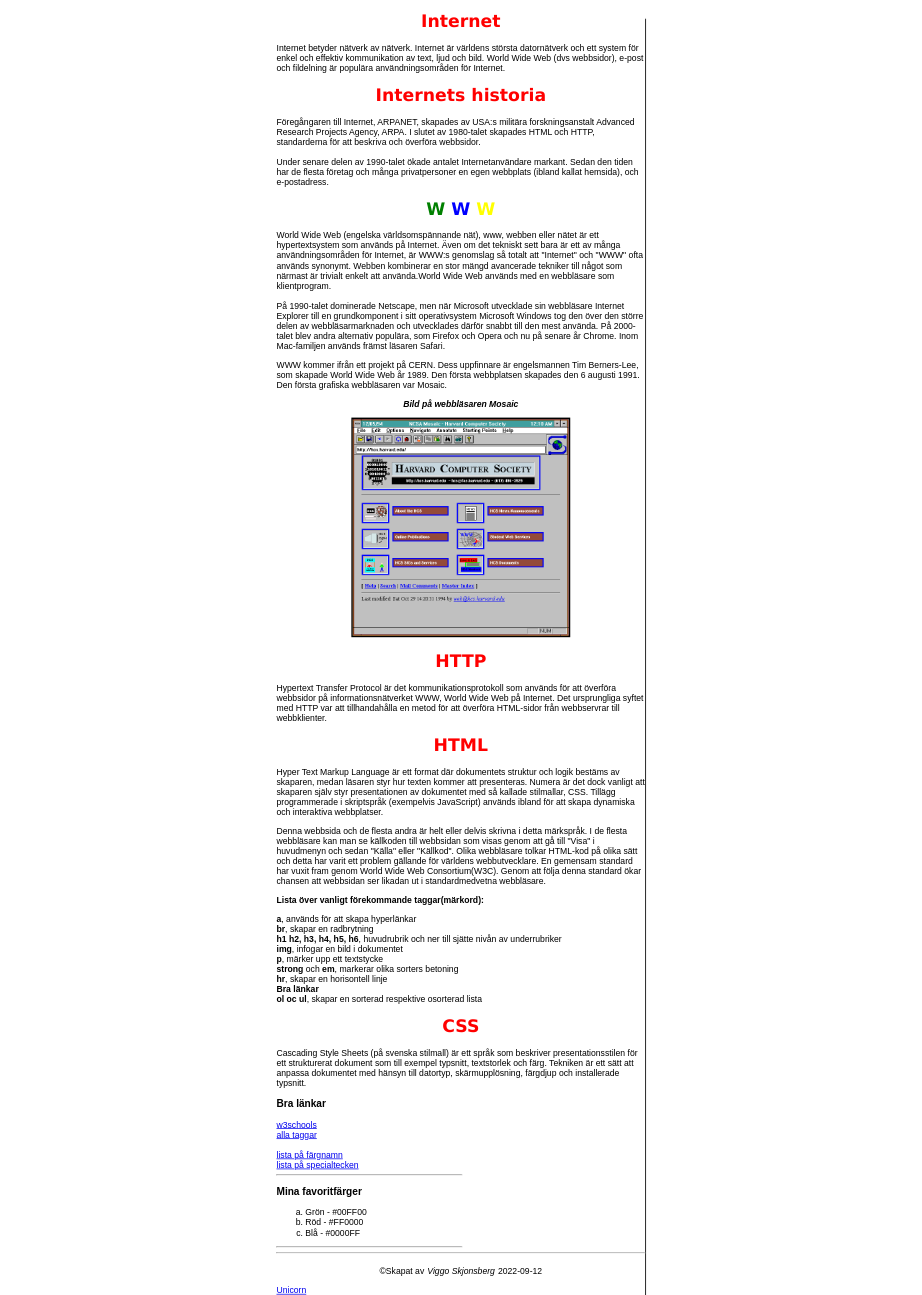
Repository: ViggoSkj/VGY
Page: ovningar/ovning2/ovning2.html
These files come from the project's save history. The page is drawn as it stood at one moment and after the next save; the edit follows.
The browser window is 1280 px wide. The pictures show the whole page, at 72% of full size.

Above is the page before, as saved 2022-11-27 11:33:06.

### ovningar/ovning2/ovning2.html
<!DOCTYPE html>
<html lang="en">
    <head>
        <meta charset="UTF-8">
        <meta http-equiv="X-UA-Compatible" content="IE=edge">
        <meta name="viewport" content="width=device-width, initial-scale=1.0">
        <title>Övning 3</title>


        <link rel="stylesheet" href="public/css/style.css">
    </head>
    <body class="ovning-2">
        <div class="container">
            <h1>Internet</h1>
            <p>Internet betyder nätverk av nätverk. Internet är världens största datornätverk och ett system för enkel och effektiv kommunikation av text, ljud och bild. World Wide Web (dvs webbsidor), e-post och fildelning är populära användningsområden för Internet.</p>

            <h1>Internets historia</h1>
            <p>Föregångaren till Internet, ARPANET, skapades av USA:s militära forskningsanstalt Advanced Research Projects Agency, ARPA. I slutet av 1980-talet skapades HTML och HTTP, standarderna för att beskriva och överföra webbsidor.

                <br/>
                <br/>
                Under senare delen av 1990-talet ökade antalet Internetanvändare markant. Sedan den tiden har de flesta företag och många privatpersoner en egen webbplats (ibland kallat hemsida), och e-postadress.</p>
            <p></p>

            <h1><span class="green">W</span> <span class="blue">W</span> <span class="yellow">W</span></h1>
            <p>World Wide Web (engelska världsomspännande nät), www, webben eller nätet är ett hypertextsystem som används på Internet.
                Även om det tekniskt sett bara är ett av många användningsområden för Internet, är WWW:s genomslag så totalt att "Internet" och "WWW" ofta används synonymt. Webben kombinerar en stor mängd avancerade tekniker till något som närmast är trivialt enkelt att använda.World Wide Web används med en webbläsare som klientprogram.
                <br/>
                <br/>
                På 1990-talet dominerade Netscape, men när Microsoft utvecklade sin webbläsare Internet Explorer till en grundkomponent i sitt operativsystem Microsoft Windows tog den över den större delen av webbläsarmarknaden och utvecklades därför snabbt till den mest använda. På 2000-talet blev andra alternativ populära, som Firefox och Opera och nu på senare år Chrome.
                Inom Mac-familjen används främst läsaren Safari.</p>

            <p>WWW kommer ifrån ett projekt på CERN. Dess uppfinnare är engelsmannen Tim Berners-Lee, som skapade World Wide Web år 1989. Den första webbplatsen skapades den 6 augusti 1991. Den första grafiska webbläsaren var Mosaic.</p>

            <div class="image-div">
                <p><em><strong>Bild på webbläsaren Mosaic</strong></em></p>
                <img src="public/images/browser1.gif" alt="Bild på webbläsaren Mosaic" width="300">
            </div>

            <h1>HTTP</h1>
            <p>Hypertext Transfer Protocol är det kommunikationsprotokoll som används för att överföra webbsidor på
                informationsnätverket WWW, World Wide Web på Internet. Det ursprungliga syftet med HTTP var att tillhandahålla
                en metod för att överföra HTML-sidor från webbservrar till webbklienter.</p>

            <h1>HTML</h1>
            <p>Hyper Text Markup Language är ett format där dokumentets struktur och logik bestäms av skaparen, medan läsaren styr hur texten kommer att presenteras. Numera är det dock vanligt att skaparen själv styr presentationen av dokumentet med så kallade stilmallar, CSS. Tillägg programmerade i skriptspråk (exempelvis JavaScript) används ibland för att skapa dynamiska och interaktiva webbplatser.</p>
            Denna webbsida och de flesta andra är helt eller delvis skrivna i detta märkspråk. I de flesta webbläsare kan man se källkoden till webbsidan som visas genom att gå till "Visa" i huvudmenyn och sedan "Källa" eller "Källkod". Olika webbläsare tolkar HTML-kod på olika sätt och detta har varit ett problem gällande för världens webbutvecklare. En gemensam standard har vuxit fram genom World Wide Web Consortium(W3C). Genom att följa denna standard ökar chansen att webbsidan ser likadan ut i standardmedvetna webbläsare.</p>
            <p><strong>Lista över vanligt förekommande taggar(märkord):</strong></p>
            <strong>a</strong>, används för att skapa hyperlänkar<br/>
            <strong>br</strong>, skapar en radbrytning<br/>
            <strong>h1 h2, h3, h4, h5, h6</strong>, huvudrubrik och ner till sjätte nivån av underrubriker<br/>
            <strong>img</strong>, infogar en bild i dokumentet<br/>
            <strong>p</strong>, märker upp ett textstycke<br/>
            <strong>strong</strong> och <strong>em</strong>, markerar olika sorters betoning<br/>
            <strong>hr</strong>, skapar en horisontell linje<br/>
            <strong>Bra länkar</strong><br/>
            <strong>ol oc ul</strong>, skapar en sorterad respektive osorterad lista</p>

            <h1>CSS</h1>
            <p>
                Cascading Style Sheets (på svenska stilmall) är ett språk som beskriver presentationsstilen för ett
                strukturerat dokument som till exempel typsnitt, textstorlek och färg. Tekniken är ett sätt att anpassa
                dokumentet med hänsyn till datortyp, skärmupplösning, färgdjup och installerade typsnitt.
            </p>


            <h3>Bra länkar</h3>
            <a href="http://www.w3schools.com/" target="_blank">w3schools </a>
            <br/>
            <a href="http://www.w3schools.com/tags/default.asp" target="_blank">alla taggar</a>
            <br>
            <br>
            <a href="http://www.w3schools.com/tags/ref_colornames.asp" target="_blank">lista på färgnamn</a>
            <br>
            <a href="http://www.w3schools.com/html/html_entities.asp" target="_blank">lista på specialtecken</a>

            <hr class="s"/>

            <h3>Mina favoritfärger</h3>
            <ol>
                <li>Grön - #00FF00 </li>
                <li>Röd - #FF0000</li>
                <li>Blå - #0000FF</li>
            </ol>

            <hr class="s"/>
            <hr/>

            <div class="bottom">
                <p class="right">&#169Skapat av</p>
                <p class="center"><em> Viggo Skjonsberg</em></p>
                <p class="left">2022-09-12</p>
            </div>
        </div>

        <div id="myfooter">
            <a href="https://validator.w3.org/unicorn/check?ucn_uri=labb.vgy.se/~viggosg/ovningar/ovning2.html&ucn_task=conformance">Unicorn</a>
         </div>
    </body>
</html>

### ovningar/ovning2/public/css/style.css
body.ovning-2
{
    width: 40%;
    margin: auto;
    font-size: 12px;
    font-family: Arial, Helvetica, sans-serif;
    box-shadow: black 1px 10px 1px;
}

body.ovning-2 h1
{
    font-family: Verdana, Geneva, Tahoma, sans-serif;
    text-align: center;
    color: red;
}

body.ovning-2 .image-div
{
    text-align: center;
    align-items: center;
}

body.ovning-2 img
{
    border-width: 2px;
    border-style: solid;
    color: black;
}

body.ovning-2 .bottom
{
    display: grid;
    grid-template-columns: auto 20%  auto;
}

body.ovning-2 .s
{
    margin-right: 100%;
    width: 50%;
}

body.ovning-2 .left
{
    text-align: left;
}
body.ovning-2 .right
{
    text-align: right;
}
body.ovning-2 .center
{
    text-align: center;
}
body.ovning-2 ol
{
    list-style-type:lower-latin;
}
body.ovning-2 .yellow
{
    color: yellow;
}
body.ovning-2 .green
{
    color: green;
}
body.ovning-2 .blue
{
    color: blue;
}

After the next save:
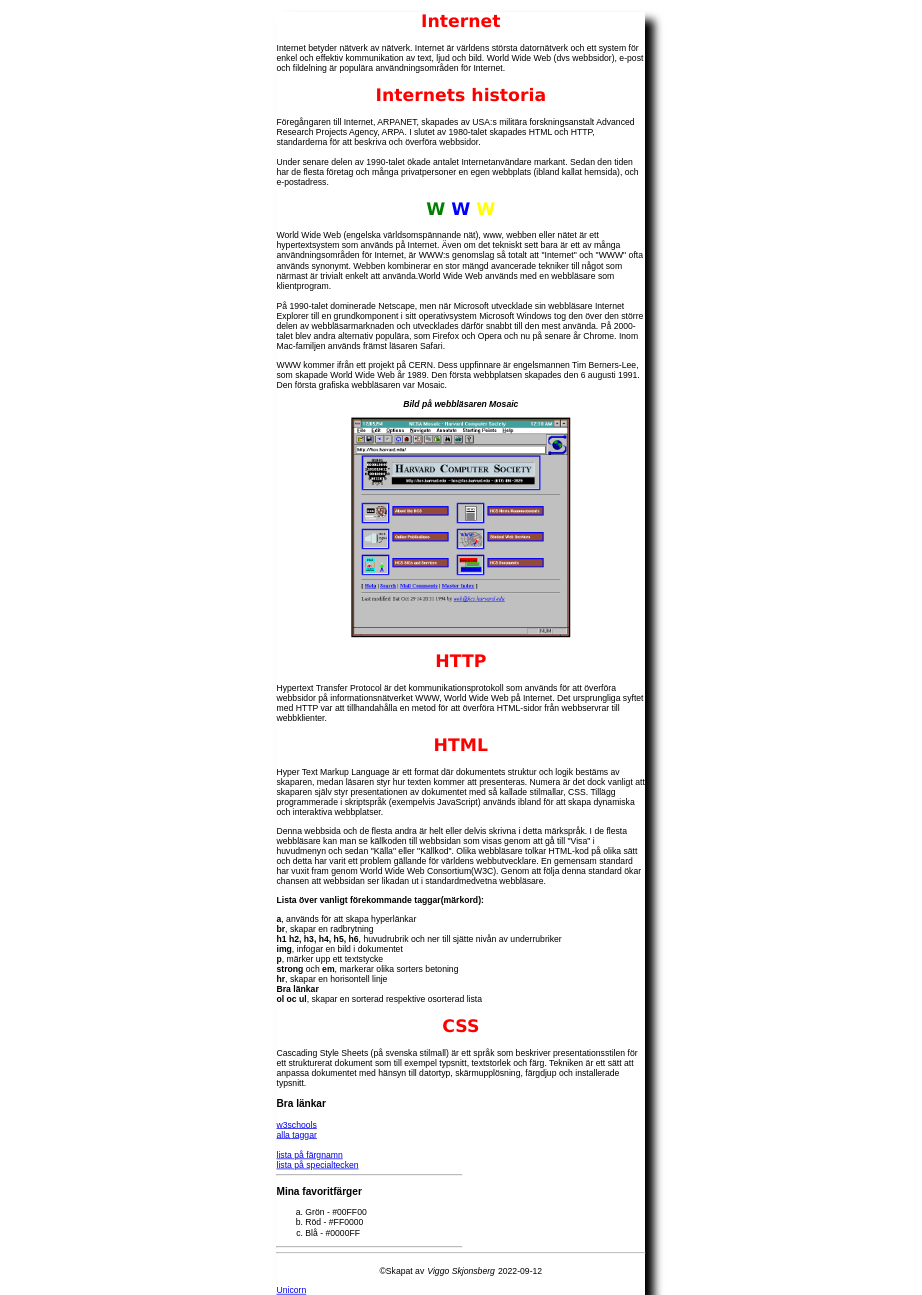
Saved 5 s later.
--- a/ovningar/ovning2/public/css/style.css
+++ b/ovningar/ovning2/public/css/style.css
@@ -4,7 +4,7 @@ body.ovning-2
     margin: auto;
     font-size: 12px;
     font-family: Arial, Helvetica, sans-serif;
-    box-shadow: black 1px 10px 1px;
+    box-shadow: black 1em 1em 1em;
 }
 
 body.ovning-2 h1
